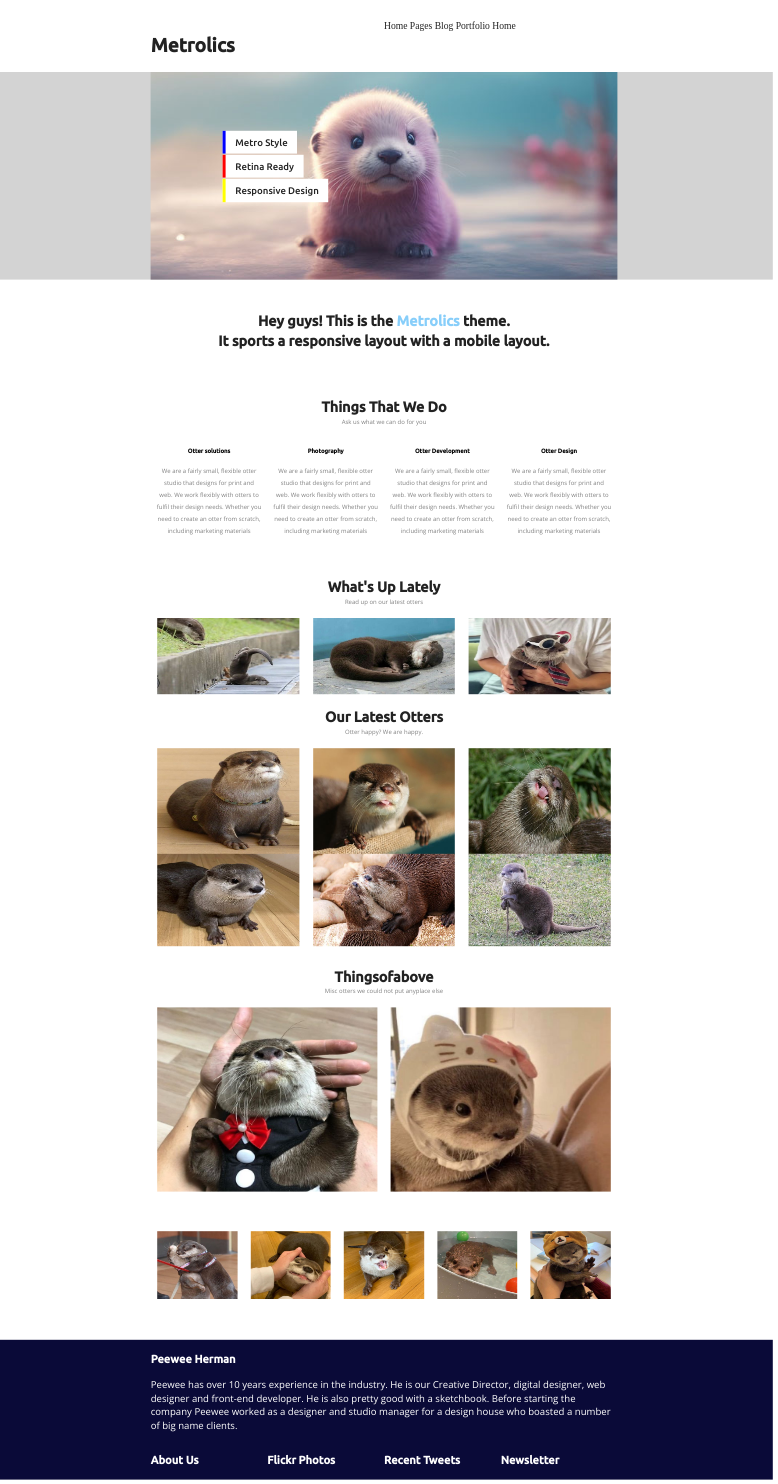
Repository: kennyharman/Marlowe_Kenny_Lab_02B
Page: index.html
These files come from the project's save history. The page is drawn as it stood at one moment and after the next save; the edit follows.
The browser window is 1280 px wide. The page is 1296 px wide, so the pictures cover 1296 px, including what lies to the right of the window. The pictures show the whole page, at 60% of full size.

Above is the page before, as saved 2024-02-08 18:56:00.

After the next save:
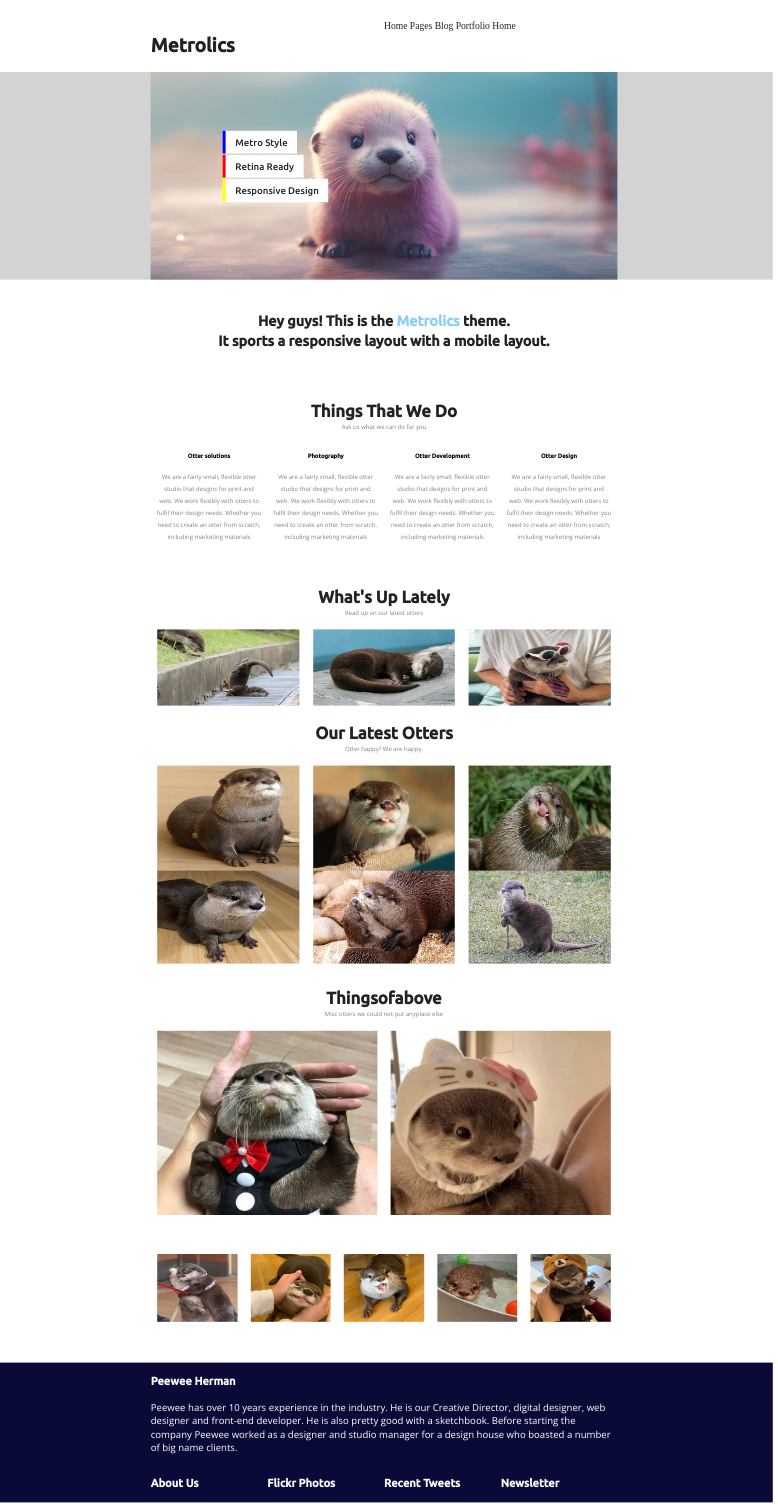
Saved 8 s later.
--- a/css/style.css
+++ b/css/style.css
@@ -292,7 +292,7 @@ p {
 
 .heading > h3 {
   margin-bottom: 0;
-  font-size: 24px;
+  font-size: 28px;
 }
 
 .heading > p {

After the save that followed:
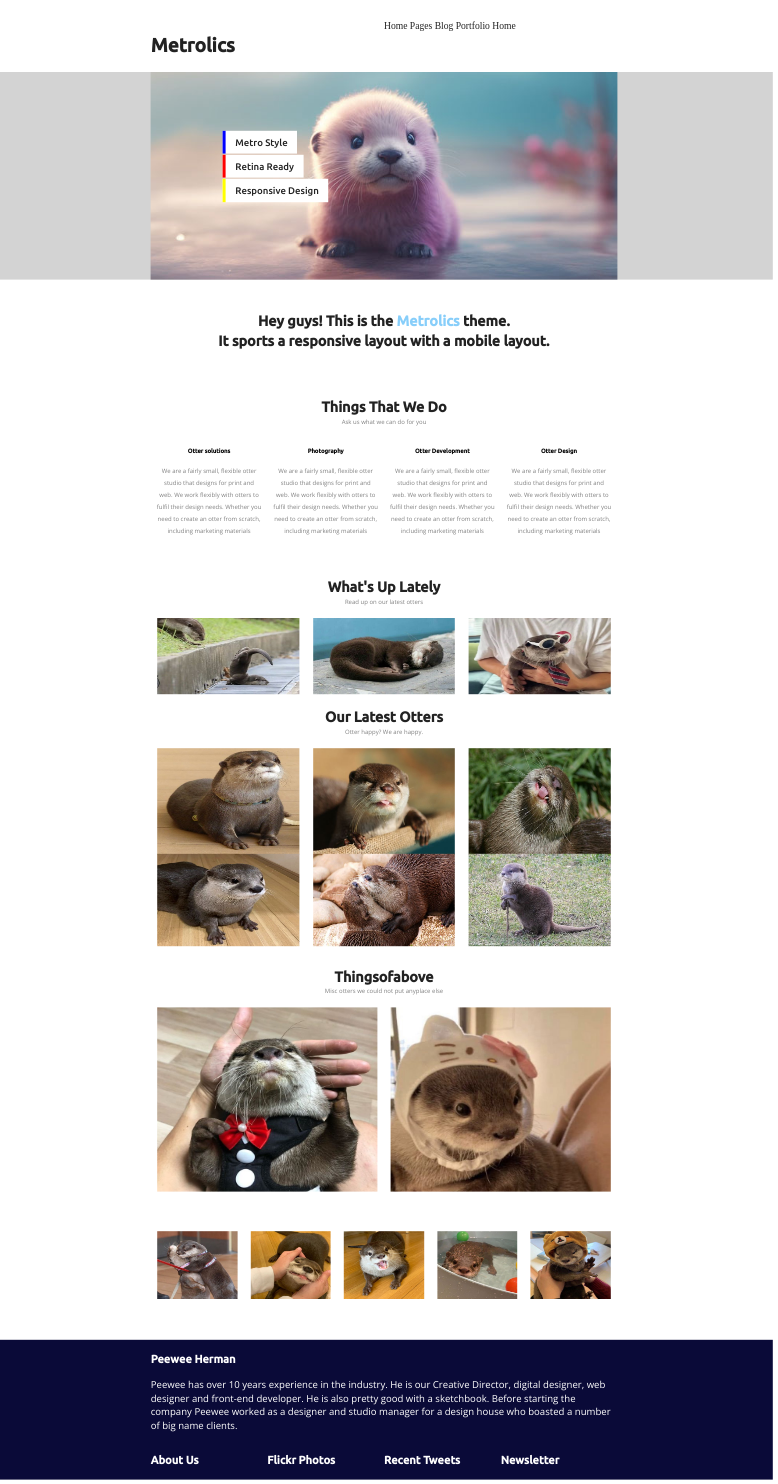
Saved 6 s later.
--- a/css/style.css
+++ b/css/style.css
@@ -292,7 +292,7 @@ p {
 
 .heading > h3 {
   margin-bottom: 0;
-  font-size: 28px;
+  font-size: 24px;
 }
 
 .heading > p {
